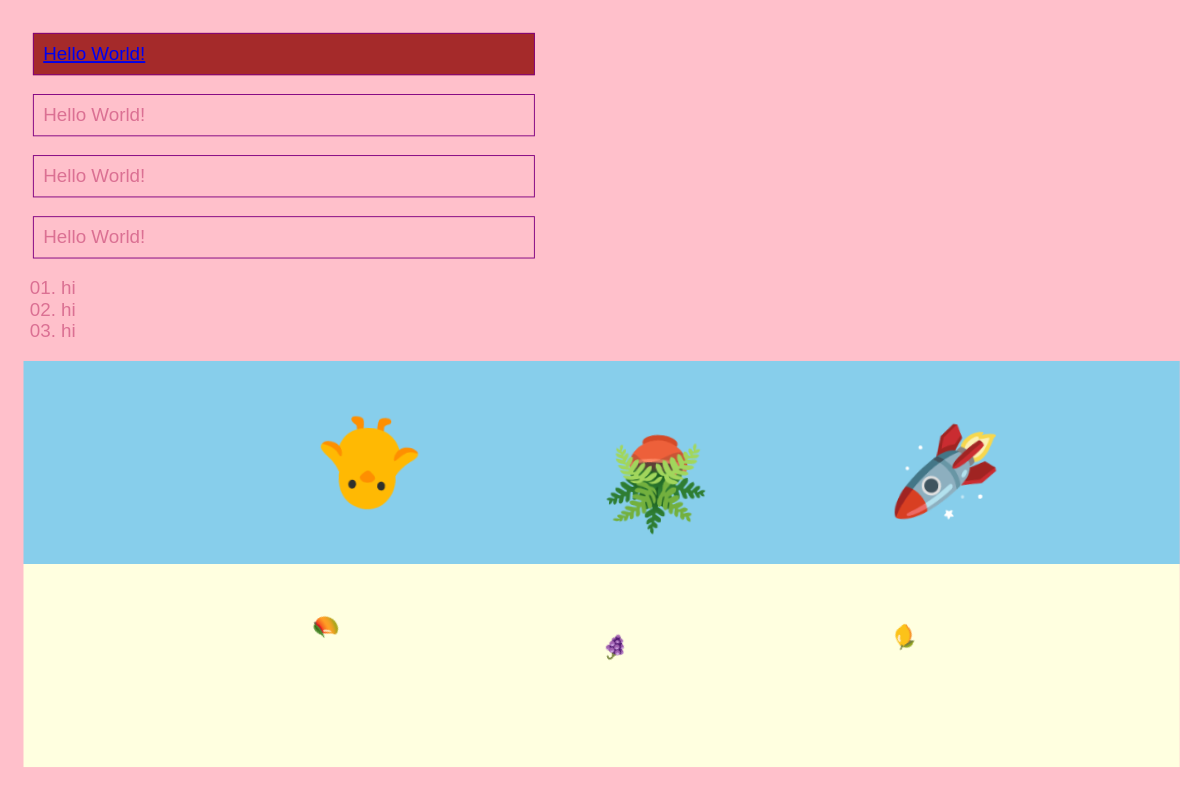
Repository: j1s00jang/MDIA-2109
Page: index2.html
These files come from the project's save history. The page is drawn as it stood at one moment and after the next save; the edit follows.
The browser window is 1280 px wide. The pictures show the whole page, at 94% of full size.
Some web libraries are served in a nearby version.

Above is the page before, as saved 2025-02-24 11:11:53.

### index2.html
<!DOCTYPE html>
<html lang="en">
<head>
    <meta charset="UTF-8">
    <meta name="viewport" content="width=device-width, initial-scale=1.0">
    <title>Document</title>
    <link rel="stylesheet" href="css/style.css">
</head>
<body>
    <!-- <section>
        Hello World!🐶
    </section>
    <section class="container">
        And Hello!🐻‍❄️
    </section>
    <section class="container" id="specific-container">
        Hello, Teenie!🐰
    </section>
    <section class="section">
        <section class="container">
            Hello fox!🦊
        </section>
    id is override everything!
    id > selector > element
    !important <- it makes absolute value, not effected
    </section> -->



    <section class="container">
        <a href="321.html" class="link">Hello World!</a>
    </section>
    <section class="container">
        Hello World!
    </section>
    <section class="container">
        Hello World!
    </section>
    <section class="container">
        Hello World!
    </section>
    <ul>
        <li>
            hi
        </li>
        <li>
            hi
        </li>
        <li>
            hi
        </li>
    </ul>



    <div class="css">
        <span class="css__spinner spin">🐥</span>
        <span class="css__spinner moreSpin">🪴</span>
        <span class="css__spinner mostSpin">🚀</span>
    </div>

    <div class="js">
        <span class="js__spinner spin">🥭</span>
        <span class="js__spinner moreSpin">🍇</span>
        <span class="js__spinner mostSpin">🍋</span>
    </div>


    <script src="script.js"></script>



</body>
</html>

### css/style.css
/* Resets and Basics */

html {
    font-family: "Futura", sans-serif;
    font-size: 1.25em;
    background-color: pink;
    padding: 1.25em;
    color:palevioletred;
}

body {
    margin: 0;
}


section {
    border: 1px solid gray;
    /* border-width: 1px;
    border-style: solid;
    border-color: gray; */
    width: 40vw;
    /* vw is almost similar with % */
    padding: 10px;
    margin: 10px;
}


section .container {
    border-color: darkorange;
}

.container {
    border: 1px solid;
    border-color: purple;
    transition: all 0.5s;
}


.container:first-child {
    background-color: brown;
}




.container:hover {
    width: 50vw;
}

.container + .container {
    margin-top: 20px;
}


.link {
    transition: background-color 1s;
}

.link:hover {
    text-decoration: underline;
    color: gray;
    background-color: hotpink;
}



#specific-container {
    border-color: blue;
}


ul {
    list-style-type: decimal-leading-zero;
}







.icon-box {
    padding: 5px;
}

.icon-box__image {
    width: 40px;
    height: 40px;
}

.icon-box__heading {
    font-size: 20px;
    margin: 10px 0;
    text-align: center;
}

.icon-box__text {
    color: gray;
    font-size: 12px;
}


/* Animations */

.css,
.js,
.gsap {
    position: relative;
    height: 30vh;
    font-size: 65px;
}

.css {
    background: skyblue;
}

.js {
    background: lightyellow;
}


.gsap {
    background: lightslategray;
}

.css__spinner,
.js__spinner,
.gsap__spinner {
    position: absolute;
}


.css__spinner {
    animation: makeItSpin 3s ease-in infinite;
}



.spin { left: 25%; top: 25%; }
.moreSpin { left: 50%; top: 35%; }
.mostSpin { left: 75%; top: 30%; }



@keyframes makeItSpin {
    0% {
        transform: rotate(0);
    }
    50% {
        font-size: 100px;
    }
    100% {
        transform: rotate(360deg);
    }
}

### script.js
const $spin = document.querySelector(".js__spinner.spin");
const $moreSpin = document.querySelector(".js__spinner.moreSpin");
const $mostSpin = document.querySelector(".js__spinner.mostSpin");




const keyframes = [
    { transform: "rotate(0)" },
    {
        transform: "rotate(360deg)",
        fontSize: "0"
     }
];



const options = {
    duration: 3000,
    iterations: Infinity,

}


$spin.animate(keyframes, options);
$moreSpin.animate(keyframes, options);
$mostSpin.animate(keyframes, options);

After the next save:
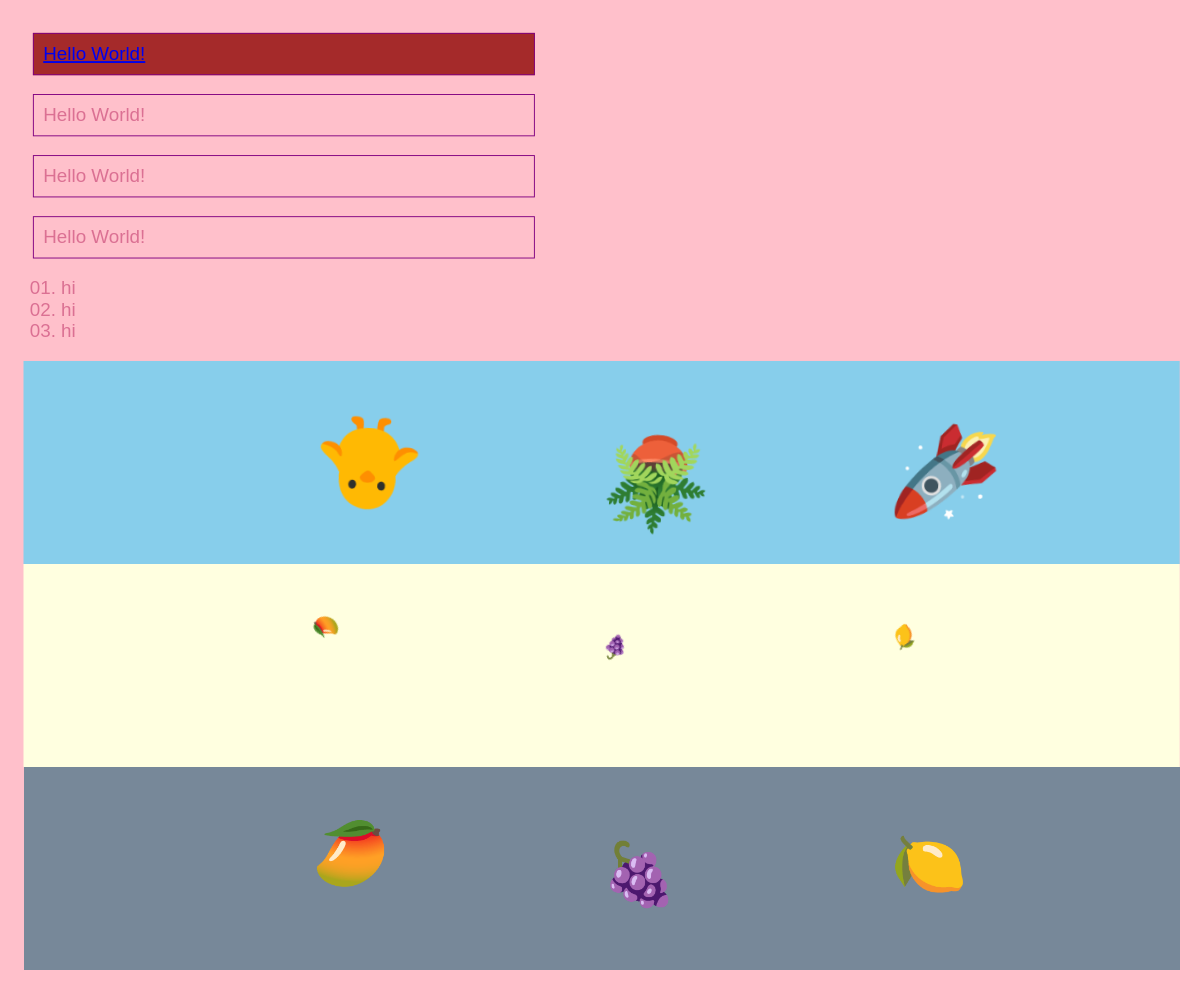
Saved 39 s later.
--- a/index2.html
+++ b/index2.html
@@ -66,7 +66,14 @@
     </div>
 
 
+    <div class="gsap">
+        <span class="gsap__spinner spin">🥭</span>
+        <span class="gsap__spinner moreSpin">🍇</span>
+        <span class="gsap__spinner mostSpin">🍋</span>
+    </div>
+
     <script src="script.js"></script>
+    <script src="https://cdn.jsdelivr.net/npm/gsap@3.12.7/dist/gsap.min.js"></script>
 
 
 
